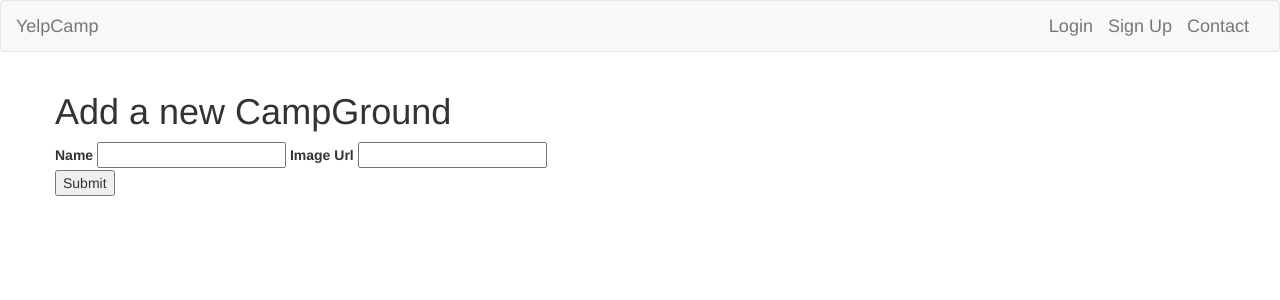
Repository: nittoorp/Web-Developement
Page: http://localhost/campground/new
The author's editor kept a record of every edit. The page is drawn from the files as they stood at one moment, then again after the next edit.
The browser window is 1280 px wide. The pictures show the whole page.
The page is served by the project's Node server (YelpCamp/v1/app.js).

Above is the page before.

### YelpCamp/v1/views/new.ejs
<%- include("partials/header") %>
<div class="container">
    <div class="row">
    <h1> Add a new CampGround</h1>
             <form action="/campground" method="post">
                 <div>
                 <label for="name">Name</label>
                 <input type="text" name="name"/>
                 <label for="url">Image Url</label>
                 <input type="text" name="url"/>
                 </div>
                 <input type="submit" value="Submit"/>
             </form>
    </div>
 </div>
 <%- include("partials/footer") %>

### YelpCamp/v1/views/partials/header.ejs
<!DOCTYPE html>
<html>
    <head>

    </head>
   <link rel="stylesheet" href="https://maxcdn.bootstrapcdn.com/bootstrap/3.3.7/css/bootstrap.min.css" integrity="sha384-BVYiiSIFeK1dGmJRAkycuHAHRg32OmUcww7on3RYdg4Va+PmSTsz/K68vbdEjh4u" crossorigin="anonymous">
    <body>
        <nav class="navbar navbar-default">
            <div class="container-fluid">
                <div class="navbar-header">
                    <a class="navbar-brand" href="/">YelpCamp</a>
                </div>
                <div class="collapse navbar-collapse">
                    <ul class="nav navbar-nav navbar-right">
                        <li><a class="navbar-brand" href="/">Login</a></li>
                        <li><a class="navbar-brand" href="/">Sign Up</a></li>
                        <li><a class="navbar-brand" href="/">Contact</a></li>
                   </ul>
                </div>
            </div>
        </nav>

### YelpCamp/v1/views/partials/footer.ejs


  </body>
</html>

### YelpCamp/v1/app.js
var express = require("express");
var app = express();
var bodyParser = require('body-parser');
app.use(bodyParser.urlencoded({extended:true}));


var campgrounds =[
                        {
                            'name' : 'Tosh Valley 1',
                            'image':'https://www.photosforclass.com/download/pixabay-4756774?webUrl=https%3A%2F%2Fpixabay.com%2Fget%2F52e7d0454d55a814f6da8c7dda793f7f1636dfe2564c704c7d2f78d3974bc35a_960.jpg&user=worldvashemudomu'

                        },
                        {
                            'name' : 'Tosh Valley 2',
                            'image':'https://www.photosforclass.com/download/pixabay-1851092?webUrl=https%3A%2F%2Fpixabay.com%2Fget%2F57e8d0424a5bae14f6da8c7dda793f7f1636dfe2564c704c7d2f78d3974bc35a_960.jpg&user=Pexels'
                        },
                        {
                            'name' : 'Tosh Valley 3',
                            'image':'https://www.photosforclass.com/download/pixabay-4522970?webUrl=https%3A%2F%2Fpixabay.com%2Fget%2F52e5d7414355ac14f6da8c7dda793f7f1636dfe2564c704c7d2f78d3974bc35a_960.jpg&user=Ben_Frieden'
                        },
                        {
                            'name' : 'Tosh Valley 1',
                            'image':'https://www.photosforclass.com/download/pixabay-4756774?webUrl=https%3A%2F%2Fpixabay.com%2Fget%2F52e7d0454d55a814f6da8c7dda793f7f1636dfe2564c704c7d2f78d3974bc35a_960.jpg&user=worldvashemudomu'

                        },
                        {
                            'name' : 'Tosh Valley 2',
                            'image':'https://www.photosforclass.com/download/pixabay-1851092?webUrl=https%3A%2F%2Fpixabay.com%2Fget%2F57e8d0424a5bae14f6da8c7dda793f7f1636dfe2564c704c7d2f78d3974bc35a_960.jpg&user=Pexels'
                        },
                        {
                            'name' : 'Tosh Valley 3',
                            'image':'https://www.photosforclass.com/download/pixabay-4522970?webUrl=https%3A%2F%2Fpixabay.com%2Fget%2F52e5d7414355ac14f6da8c7dda793f7f1636dfe2564c704c7d2f78d3974bc35a_960.jpg&user=Ben_Frieden'
                        },
                        {
                            'name' : 'Tosh Valley 1',
                            'image':'https://www.photosforclass.com/download/pixabay-4756774?webUrl=https%3A%2F%2Fpixabay.com%2Fget%2F52e7d0454d55a814f6da8c7dda793f7f1636dfe2564c704c7d2f78d3974bc35a_960.jpg&user=worldvashemudomu'

                        },
                        {
                            'name' : 'Tosh Valley 2',
                            'image':'https://www.photosforclass.com/download/pixabay-1851092?webUrl=https%3A%2F%2Fpixabay.com%2Fget%2F57e8d0424a5bae14f6da8c7dda793f7f1636dfe2564c704c7d2f78d3974bc35a_960.jpg&user=Pexels'
                        },
                        {
                            'name' : 'Tosh Valley 3',
                            'image':'https://www.photosforclass.com/download/pixabay-4522970?webUrl=https%3A%2F%2Fpixabay.com%2Fget%2F52e5d7414355ac14f6da8c7dda793f7f1636dfe2564c704c7d2f78d3974bc35a_960.jpg&user=Ben_Frieden'
                        }


        ]

app.get("/",function(req,res){

    res.render('startPage.ejs');

})

app.get("/campground",function(req,res){


    res.render('campground.ejs', {campgrounds:campgrounds});

})

app.post("/campground",function(req,res){
    var newCamp ={
        'name':req.body.name,
        'image':req.body.url
    }
    campgrounds.push(newCamp);
    console.log("In the post methods");
    res.redirect("/campground");
})

app.get("/campground/new",function(req,res){


    res.render("new.ejs");

})

app.listen(process.env.PORT,process.env.IP,function(){

    console.log("The Yelp camp server has started!!");

})

After the next edit:
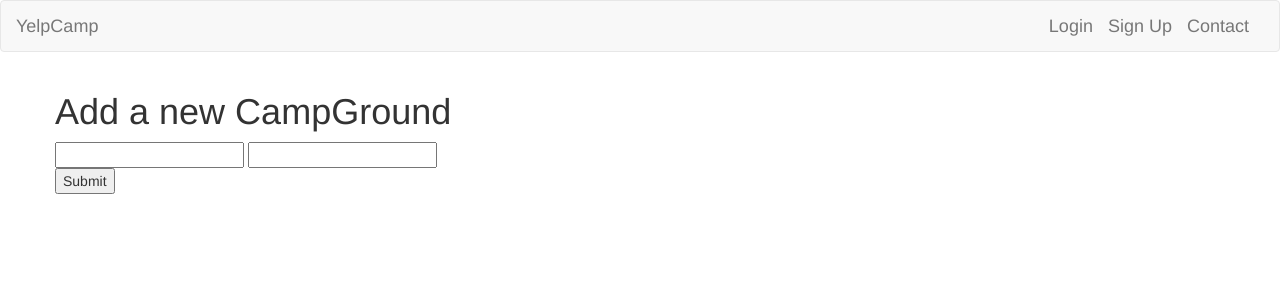
The edit:
--- a/YelpCamp/v1/views/new.ejs
+++ b/YelpCamp/v1/views/new.ejs
@@ -1,14 +1,12 @@
 <%- include("partials/header") %>
 <div class="container">
     <div class="row">
-    <h1> Add a new CampGround</h1>
-             <form action="/campground" method="post">
-                 <div>
-                 <label for="name">Name</label>
+        <h1> Add a new CampGround</h1>
+        <form action="/campground" method="post">
+           <div>
                  <input type="text" name="name"/>
-                 <label for="url">Image Url</label>
                  <input type="text" name="url"/>
-                 </div>
+           </div>
                  <input type="submit" value="Submit"/>
              </form>
     </div>
